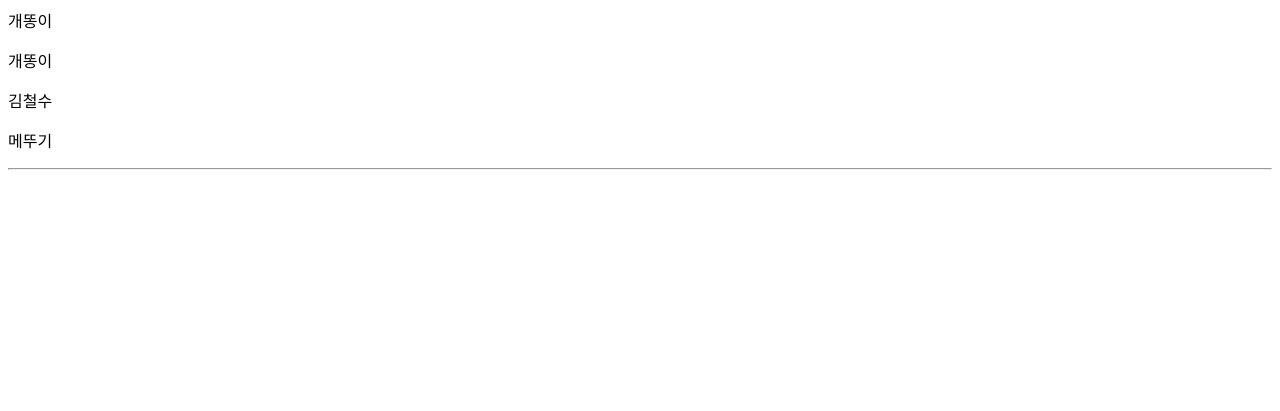
Repository: potatoy1/learning-jsp
Page: http://localhost/JSPBook/ch03/taglib.jsp
The author's editor kept a copy of each file at every save. The page is drawn from the files as they stood at one save, then again after a run of saves.
The browser window is 1280 px wide. The pictures show the whole page.
The page is served by Tomcat 9.

Above is the page before, as saved 2022-09-27 07:19:52.

After the next 3 saves:
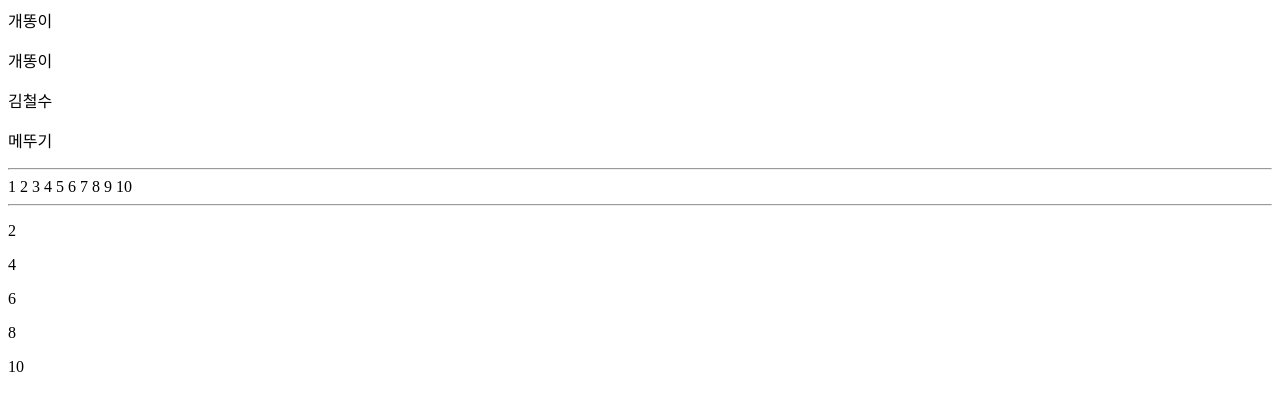
The 3 saves are shown as one change because 2 did not build or start.
The last was saved 4 min 33 s later.
--- a/JSPBook/WebContent/ch03/taglib.jsp
+++ b/JSPBook/WebContent/ch03/taglib.jsp
@@ -27,5 +27,16 @@
 		<p>${item}</p>
 	</c:forEach>
 	<hr />
+	<!-- 변수 k가 1부터 10까지 1씩 증가하도록 JSTL의 Core태그 반복문 작성-->
+	<c:forEach var="k" begin="1" end="10" step="1">
+		<c:out value="${k}" />
+	</c:forEach>
+	<hr />
+	<!-- 변수 k가 1부터 10까지 1씩 증가하도록 JSTL의 Core태그 반복문 작성. 단, 짝수일때만 출력-->
+	<c:forEach var="k" begin="1" end="10" step="1">
+		<c:if test="${k%2 ==0}">
+			<p>${k}</p>
+		</c:if>
+	</c:forEach>
 </body>
 </html>
